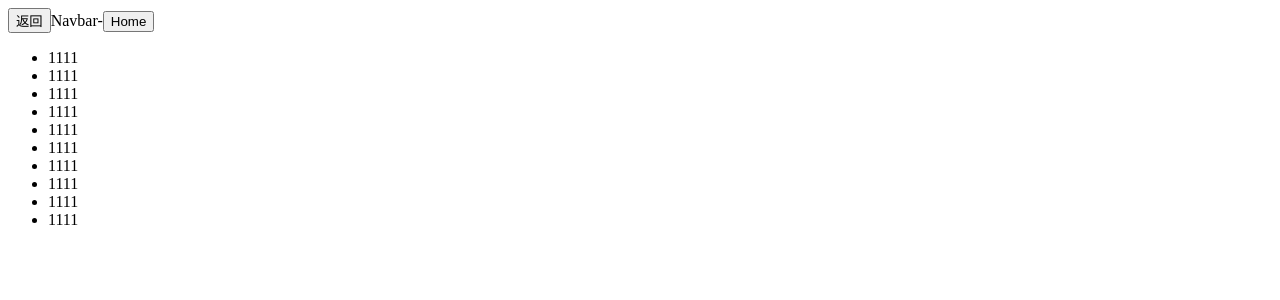
Repository: zenghao518518/React
Page: /
The author's editor kept a copy of each file at every save. The page is drawn from the files as they stood at one save, then again after the next save.
The browser window is 1280 px wide. The pictures show the whole page.
The project was rebuilt for these pictures with package versions that can differ from the ones it lists, and the page was loaded fresh each time.

Above is the page before, as saved 2023-07-25 14:02:27.

### src/index.js
import React from 'react';
//import ReactDOM from 'react-dom';
import ReactDOM from 'react-dom/client'
//import './01-base/01-class组件'
//ReactDOM.render(<div>111111</div>,document.getElementById('root'))                    //);
//import App from './01-base/01-class组件'
//import App from './01-base/02-函数式组件'
//import App from './01-base/03-组件的嵌套'
//import App from './01-base/04-组件的样式'
//import App from './01-base/05-事件绑定-1'
//import App from './01-base/06-事件绑定-2'
//import App from './01-base/07-ref'
//import App from './01-base/08-state'
//import App from './01-base/09-数组渲染'
//import App from './01-base/10-todolist'
//import App from './01-base/12-卖座选项卡'
//import App from './01-base/13-setState同步异步'
//import App from './01-base/14-betterScroll'
//import App from './01-base/15-betterscroll-cinema'
//import App from './01-base/16-prop'
import App from './01-base/17-props函数式组件'
//import App from './01-base/19-非受控'
//import App from './01-base/20-受控'
let root = ReactDOM.createRoot(document.getElementById('root'));
//root.render(<div>111111</div>);
root.render(<React.StrictMode><App></App></React.StrictMode>);
//root.render(<App></App>);

### src/01-base/17-props函数式组件.js
import React, { Component } from 'react'
import Navbar from './Navbar'
import Sidebar from './Sidebar'
export default class App extends Component {
  render() {
    return (
      <div>
          {/* 类组件 */}
          <Navbar></Navbar>
          {/* 函数式组件 */}
          <Sidebar bg="yellow"></Sidebar>
      </div>
    )
  }
}

### src/01-base/Navbar/index.js
import React, { Component } from "react";
import zenghaoProp from "prop-types";
console.log(zenghaoProp);
export default class Navbar extends Component {
  state = {
    //只能内部自己用的，外面无法改变
  };
  //类属性
  static propTypes = {
    title: zenghaoProp.string,
    leftshow: zenghaoProp.bool,
  };
  //默认值
  static defaultProps = {
    leftshow: true,
  };

  render() {
    console.log(this.props);
    let { title, leftshow } = this.props;

    return (
      <div>
        {leftshow && <button>返回</button>}
        Navbar-{title}
        <button>Home</button>
      </div>
    );
  }
}

### src/01-base/Sidebar/index.js
import React from 'react'

export default function Sidebar(props) {
  console.log(props)
  let {bg} = props
  return (
    <div>
        <ul>
            <li>1111</li>
            <li>1111</li>
            <li>1111</li>
            <li>1111</li>
            <li>1111</li>
            <li>1111</li>
            <li>1111</li>
            <li>1111</li>
            <li>1111</li>
            <li>1111</li>
        </ul>
    </div>
  )
}

Loaded but not shown: public/index.html (common file)

After the next save:
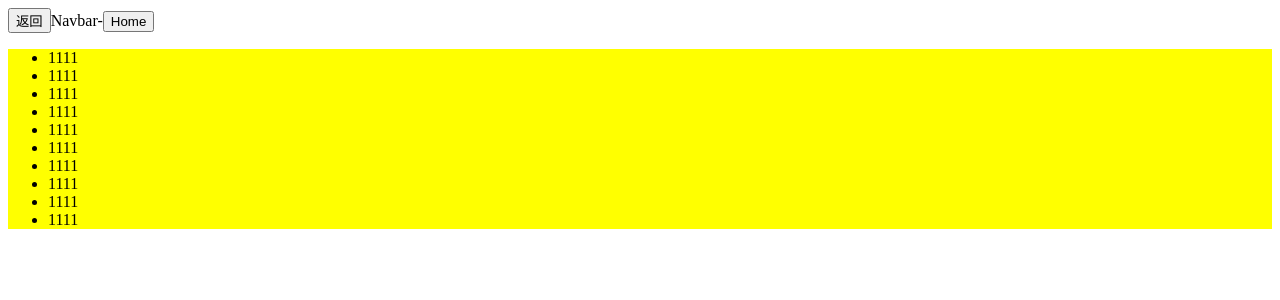
Saved 90 s later.
--- a/src/01-base/Sidebar/index.js
+++ b/src/01-base/Sidebar/index.js
@@ -4,7 +4,7 @@ export default function Sidebar(props) {
   console.log(props)
   let {bg} = props
   return (
-    <div>
+    <div  style={{background:bg}}>
         <ul>
             <li>1111</li>
             <li>1111</li>
